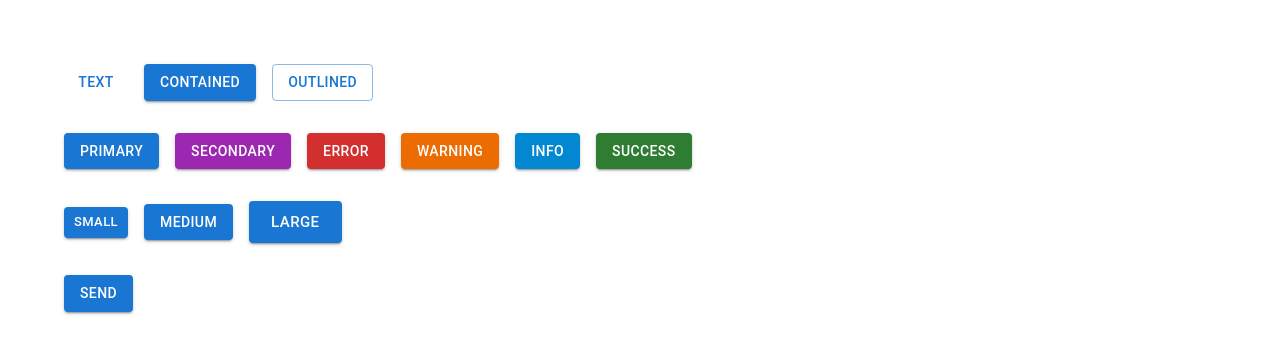
Repository: janidulnkg1/react-mui
Page: / (app in mui-demo/)
An editor plug-in stored every save of this project. The page is shown before and after a run of saves, followed by the edit.
The browser window is 1280 px wide. The pictures show the whole page.
The project was rebuilt for these pictures with package versions that can differ from the ones it lists, and the page was loaded fresh each time.

Above is the page before, as saved 2023-11-08 12:31:09.

### mui-demo/src/App.tsx
import './App.css';
//import { MuiTypography } from './components/MuiTypography';
import { MuiButton } from './components/MuiButton';

function App() {
  return (
    <div className="App">

      {/*MuiTypography */}
      <MuiButton />
    </div>
  );
}

export default App;

### mui-demo/src/components/MuiButton.tsx
import {Button, Stack} from "@mui/material"
import SendIcon from '@mui/icons-material/Send';


export const MuiButton = () => {
  return (
    <Stack spacing={4}>
        <Stack spacing={2} direction='row'>
            <Button variant='text' href='https://google.com'>Text</Button>
            <Button variant='contained'>Contained</Button>
            <Button variant='outlined'>Outlined</Button>
        </Stack>

        <Stack spacing={2} direction='row'>
            <Button variant='contained' color='primary'>Primary</Button>
            <Button variant='contained' color='secondary'>Secondary</Button>
            <Button variant='contained' color='error'>Error</Button>
            <Button variant='contained' color='warning'>Warning</Button>
            <Button variant='contained' color='info'>Info</Button>
            <Button variant='contained' color='success'>Success</Button>
        </Stack>

        <Stack display='block' spacing={2} direction='row'>
            <Button variant='contained' size='small'>Small</Button>
            <Button variant='contained' size='medium'>Medium</Button>
            <Button variant='contained' size='large'>Large</Button>
        </Stack>

        <Stack spacing={2} direction='row'>
            <Button variant='contained'>Send</Button>
        </Stack>

    </Stack>
  )
}

Loaded but not shown: mui-demo/public/index.html (common file); mui-demo/src/index.tsx (common file); mui-demo/src/index.css (common file); mui-demo/src/reportWebVitals.ts (common file); mui-demo/src/App.css (common file)

After the next 7 saves:
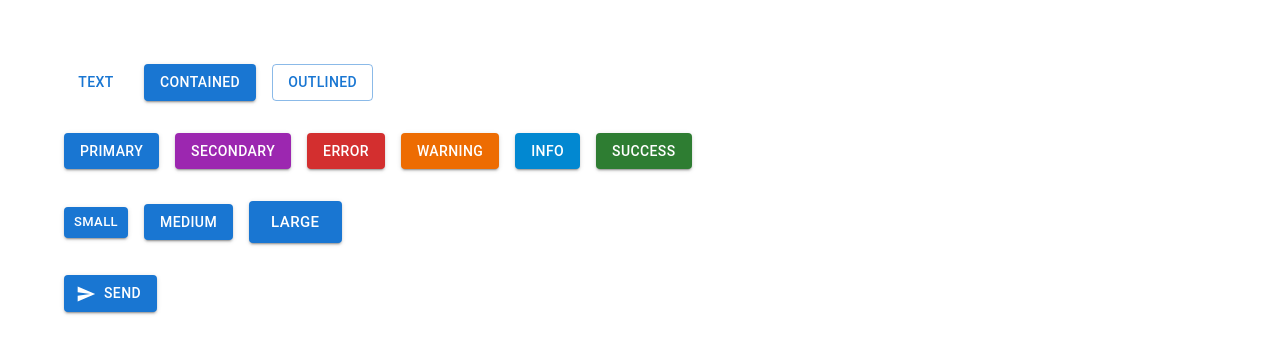
The 7 saves are shown as one change because 1 did not build or start and some came seconds apart.
The last was saved 27 s later.
--- a/mui-demo/src/components/MuiButton.tsx
+++ b/mui-demo/src/components/MuiButton.tsx
@@ -27,7 +27,7 @@ export const MuiButton = () => {
         </Stack>
 
         <Stack spacing={2} direction='row'>
-            <Button variant='contained'>Send</Button>
+            <Button variant='contained' startIcon={<SendIcon />}>Send</Button>
         </Stack>
 
     </Stack>
